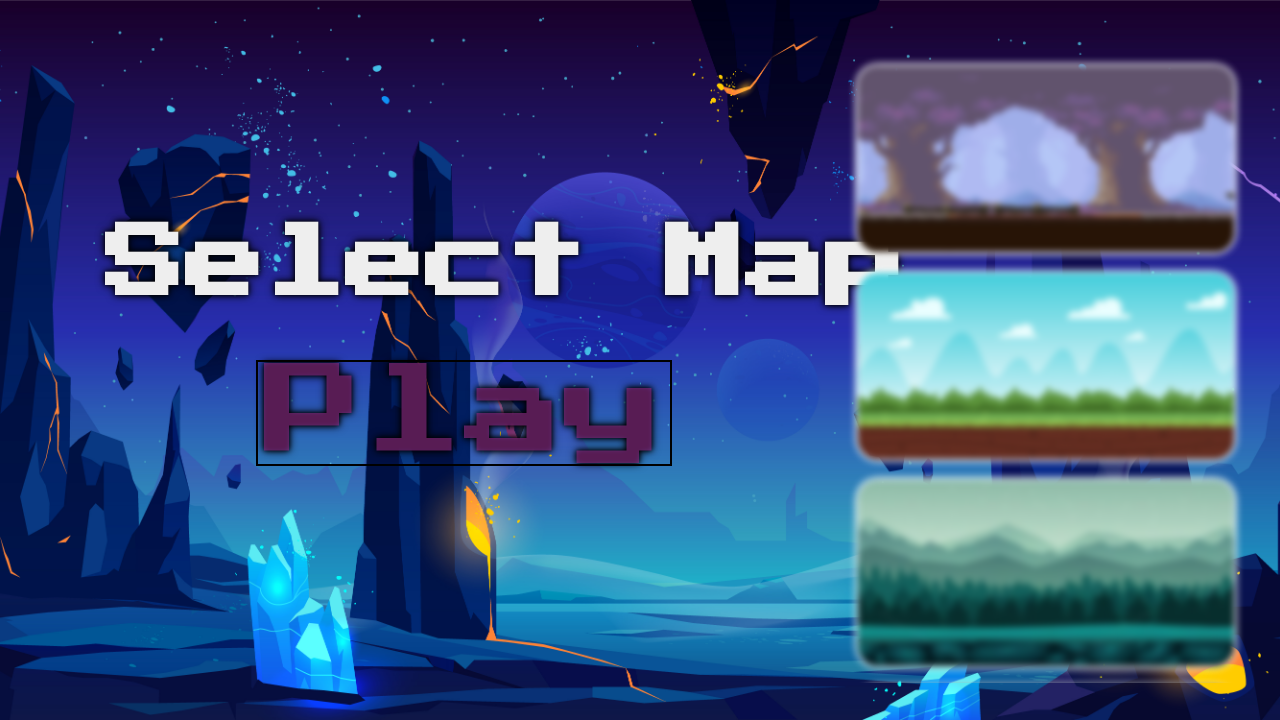
Repository: Gaurav31052/Fighting-game
Page: home.html
An editor plug-in stored every save of this project. The page is shown before and after the next save, followed by the edit.
The browser window is 1280 px wide. The pictures show the whole page.
An inner scrolling area shows only its first screen.

Above is the page before, as saved 2024-06-06 23:36:13.

After the next save:
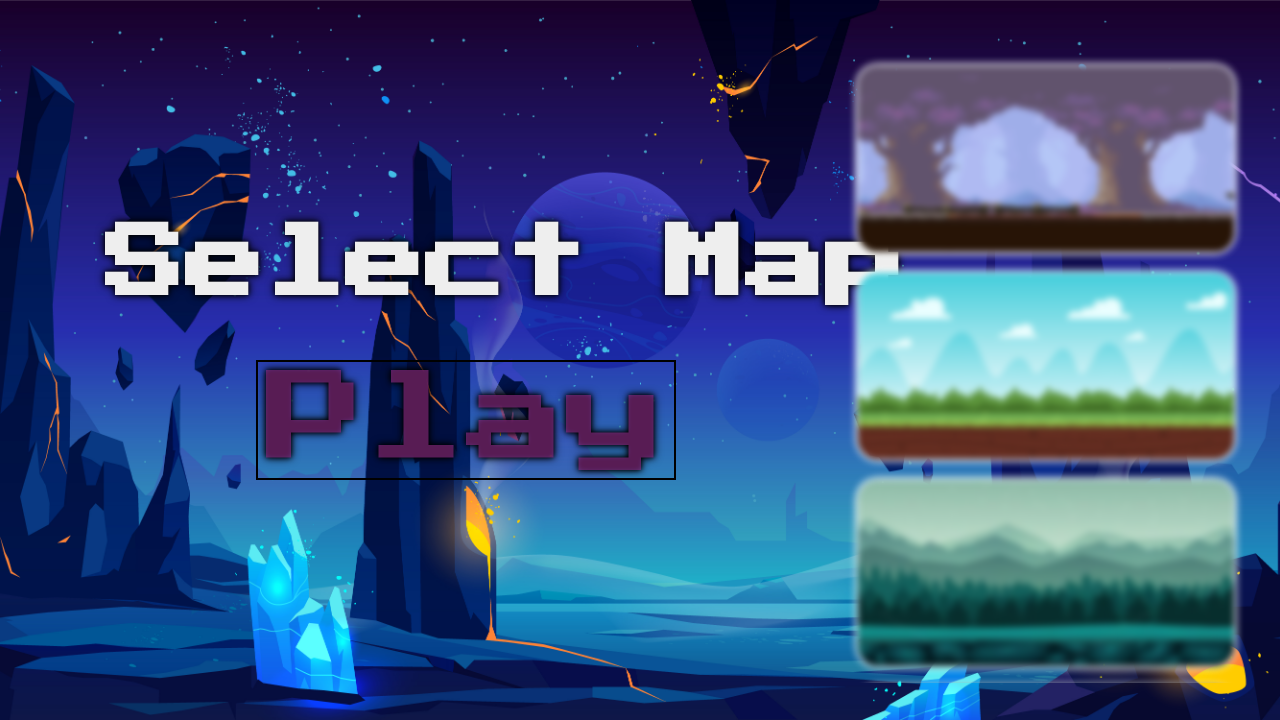
Saved 5 s later.
--- a/style.css
+++ b/style.css
@@ -46,7 +46,7 @@ a {
     text-align: center;
     /* padding-top: 100px; */
     text-shadow: 0 0 10px #000000, 0 0 5px #000000;
-   padding: ;
+   padding: 8px;
     background: transparent;
     border: none;
 }
